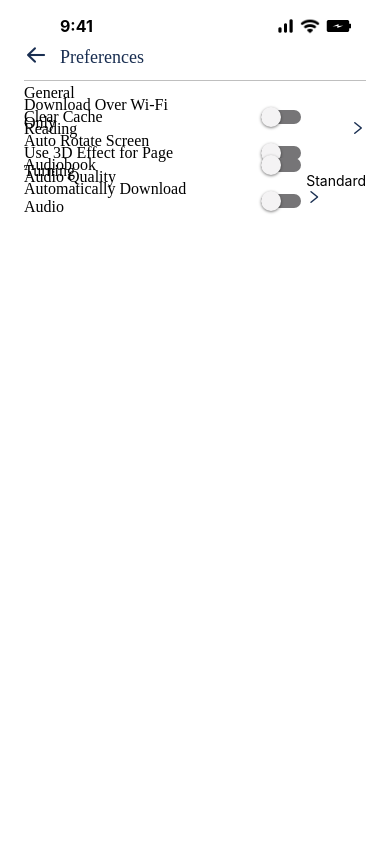
Repository: tnmod/Erabook
Screen: / (app in app/)
The author's editor kept a copy of each file at every save. The screen is drawn from the files as they stood at one save, then again after a run of saves.
The app was drawn by React Native's web renderer in a window 390 px wide. The project was rebuilt for these pictures with package versions that can differ from the ones it lists, and the page was loaded fresh each time. Imported but missing from the stored project, and not drawn on this page: app/src/redux/features/CounterAPI.

Above is the screen before, as saved 2023-05-25 23:10:15.

After the next 11 saves:
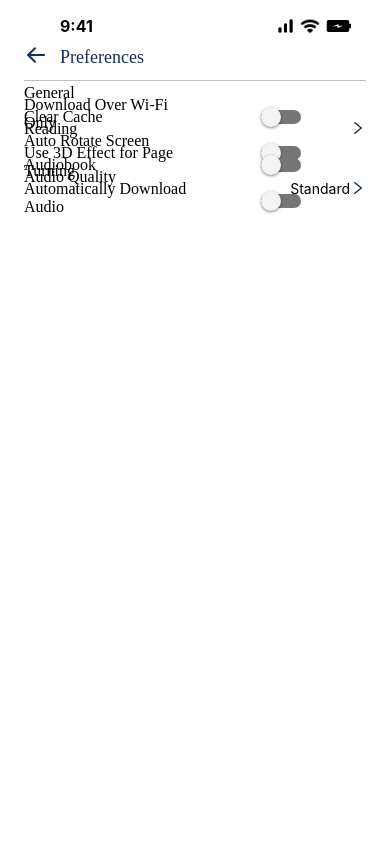
The 11 saves are shown as one change because they came seconds apart.
The last was saved 34 s later.
--- a/app/src/screens/Preferences/Preferences.tsx
+++ b/app/src/screens/Preferences/Preferences.tsx
@@ -69,7 +69,7 @@ const Notification: React.FC = () => {
                     </TouchableOpacity>
                     <TouchableOpacity style={[styles.container1]}>
                         <Text style={[styles.text3]}>Audio Quality </Text>
-                        <View>
+                        <View style={[styles.text800]}>
                         <Text>Standard</Text>
                         <Icon size={16} name='right' color={'#192e51'} />
                         </View>
